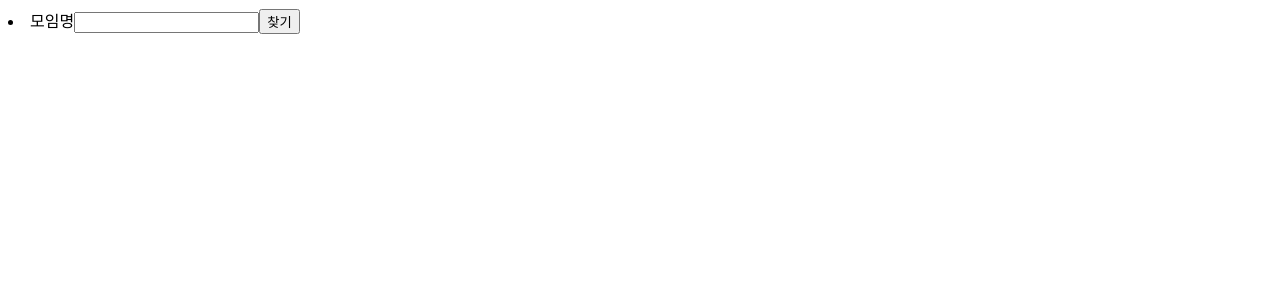
Repository: onpul/TEAM1
Page: http://localhost/Riding/mj/RidingList.jsp
An editor plug-in stored every save of this project. The page is shown before and after the next save, followed by the edit.
The browser window is 1280 px wide. The pictures show the whole page.
The page is served by Tomcat 9.

Above is the page before, as saved 2022-06-04 10:12:57.

After the next save:
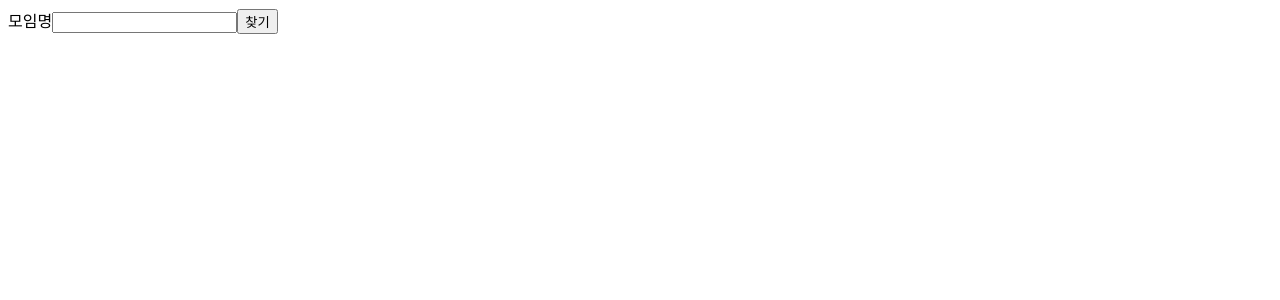
Saved 12 s later.
--- a/Riding/WebContent/mj/RidingList.jsp
+++ b/Riding/WebContent/mj/RidingList.jsp
@@ -11,7 +11,7 @@
 </head>
 <body>
 <div>
-	<li>모임명<input type="text" /><input type="button" value="찾기"/></li>
+	모임명<input type="text" /><input type="button" value="찾기"/></li>
 </div>
 </body>
 </html>
